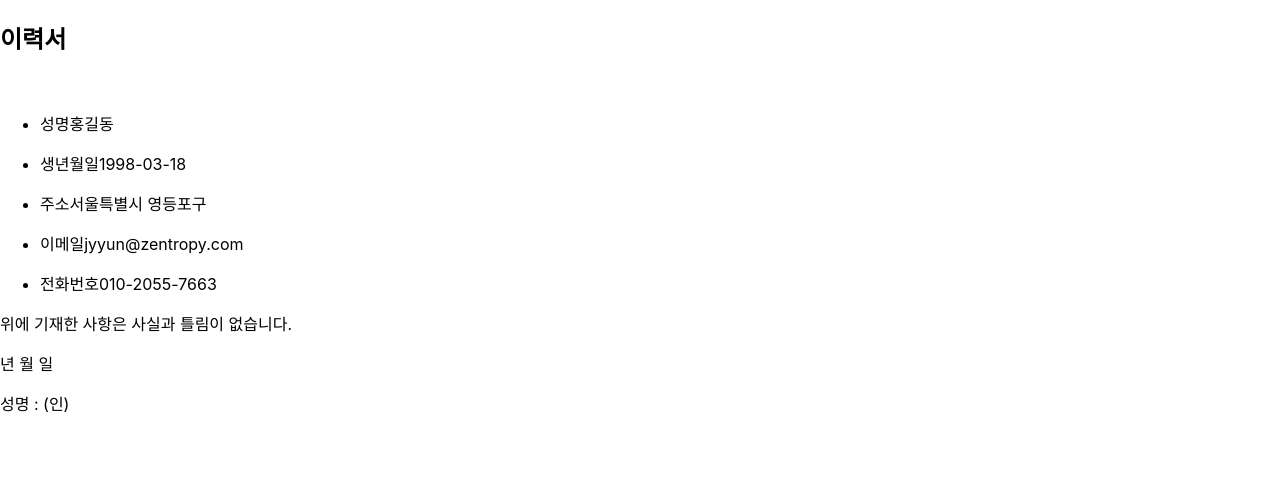
Repository: jiyeonyun/Resume
Page: / (app in resumes/)
The author's editor kept a copy of each file at every save. The page is drawn from the files as they stood at one save, then again after the next save.
The browser window is 1280 px wide. The pictures show the whole page.
The project was rebuilt for these pictures with package versions that can differ from the ones it lists, and the page was loaded fresh each time. Also part of the build but not shown: resumes/src/App.module.css.

Above is the page before, as saved 2022-05-25 14:43:04.

### resumes/src/App.jsx
import { useState } from "react";
import styles from "./App.module.css";
import Educational from "./components/educationalHIstory/educational";
import Footer from "./components/footer/footer";
import Header from "./components/header/header";
import PersonalInfo from "./components/personalInfo/personalInfo";
function App() {
  const [personalInfoData, setPersonalInfoData] = useState({
    name: "홍길동",
    birth: "1998-03-18",
    adress: "서울특별시 영등포구",
    email: "jyyun@zentropy.com",
    number: "010-2055-7663",
  });
  return (
    <div className="App">
      <Header />
      <PersonalInfo personalInfoData={personalInfoData} />
      <Educational />
      <Footer />
    </div>
  );
}

export default App;

### resumes/src/components/educationalHIstory/educational.jsx
import React from "react";
import edudata from "../../data/edudata";
const Educational = (props) => {
  console.log(edudata);
  return <section></section>;
};

export default Educational;

### resumes/src/components/footer/footer.jsx
import React from "react";

const Footer = (props) => {
  return (
    <footer>
      <p>위에 기재한 사항은 사실과 틀림이 없습니다.</p>
      <p>년 월 일</p>
      <p>성명 : (인) </p>
    </footer>
  );
};

export default Footer;

### resumes/src/components/header/header.jsx
import React from "react";

const Header = (props) => {
  return (
    <header>
      <h2>이력서</h2>
    </header>
  );
};

export default Header;

### resumes/src/components/personalInfo/personalInfo.jsx
import React from "react";

const PersonalInfo = ({ personalInfoData }) => {
  return (
    <section>
      <div>
        <img src="" alt="" />
      </div>
      <div>
        <ul>
          <li>
            <span>성명</span>
            <span>{personalInfoData.name}</span>
          </li>
        </ul>
        <ul>
          <li>
            <span>생년월일</span>
            <span>{personalInfoData.birth}</span>
          </li>
        </ul>
        <ul>
          <li>
            <span>주소</span>
            <span>{personalInfoData.adress}</span>
          </li>
        </ul>
        <ul>
          <li>
            <span>이메일</span>
            <span>{personalInfoData.email}</span>
          </li>
        </ul>
        <ul>
          <li>
            <span>전화번호</span>
            <span>{personalInfoData.number}</span>
          </li>
        </ul>
      </div>
    </section>
  );
};

export default PersonalInfo;

### resumes/src/data/edudata.js
export default [
  {
    date: "2014.03 ~ 2017.02",
    content: "@@ 고등학교",
    grade: "인문계",
    gradu: true,
  },
  {
    date: "2017.03 ~ 2020.08",
    content: "@@ 대학교 경영정보학 전공",
    grade: "4.0/4.5",
    gradu: true,
  },
  {
    date: "2020.09 ~ 2023.09",
    content: "@@ 대학교 @@ 대학원 경영정보학 전공",
    grade: "4.0/4.5",
    gradu: true,
  },
];

Loaded but not shown: resumes/public/index.html (common file); resumes/src/index.js (common file); resumes/src/index.css (common file); resumes/src/reportWebVitals.js (common file)

After the next save:
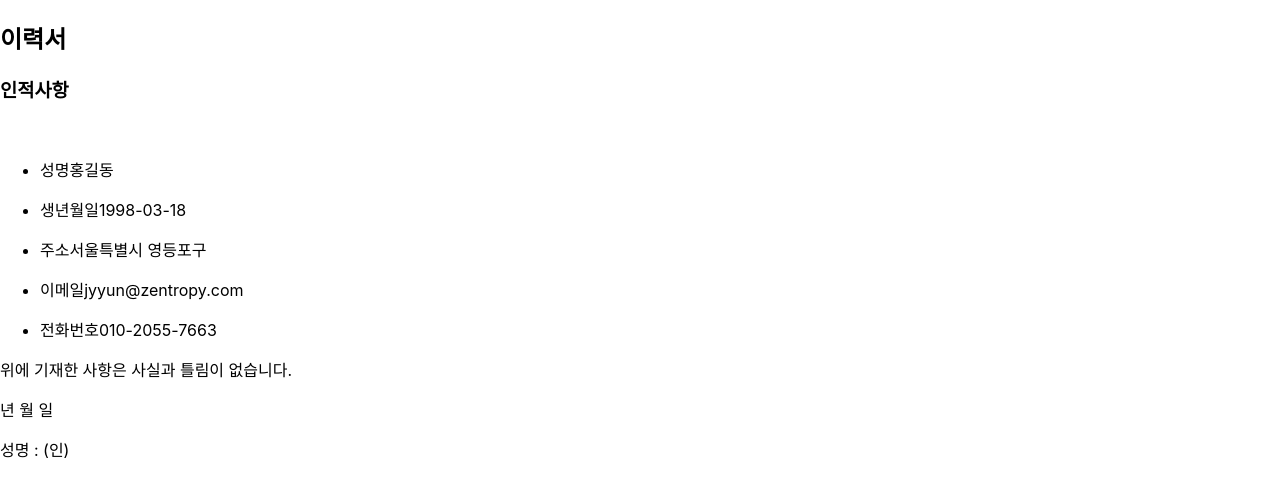
Saved 16 s later.
--- a/resumes/src/components/personalInfo/personalInfo.jsx
+++ b/resumes/src/components/personalInfo/personalInfo.jsx
@@ -3,6 +3,7 @@ import React from "react";
 const PersonalInfo = ({ personalInfoData }) => {
   return (
     <section>
+      <h3>인적사항</h3>
       <div>
         <img src="" alt="" />
       </div>
